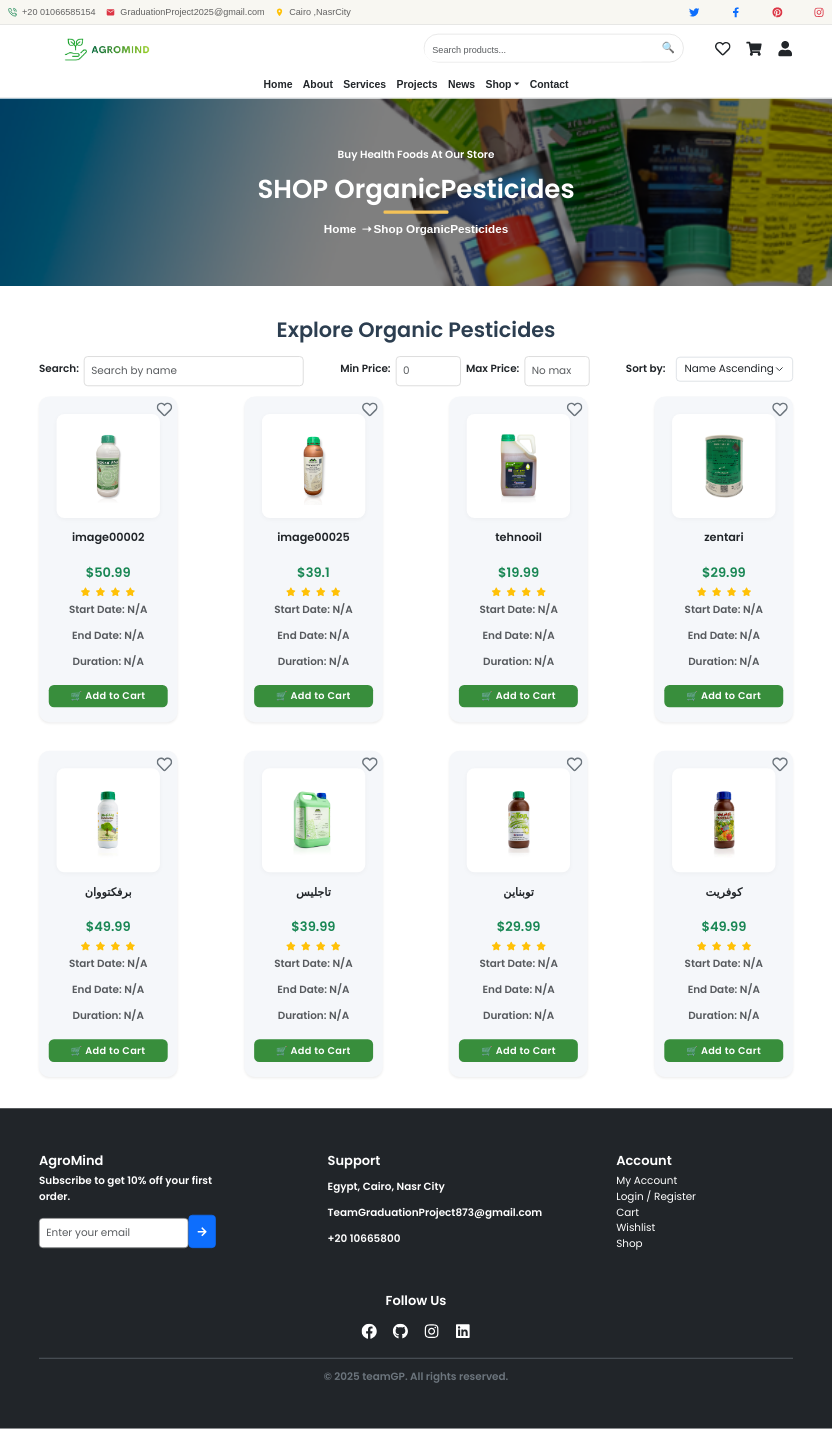
Repository: ShimaaMohamedRoshdi/WorkSpace-agromind
Page: /category/organic (app in agricultural-management-system-vs/agricultural-management-system-main/)
These files come from the project's save history. The page is drawn as it stood at one moment and after the next save; the edit follows.
The browser window is 1280 px wide. The pictures show the whole page, at 65% of full size.
Backgrounds fixed to the window are drawn as part of the page. The project was rebuilt for these pictures with package versions that can differ from the ones it lists, and the page was loaded fresh each time. Also part of the build but not shown: agricultural-management-system-vs/agricultural-management-system-main/vite.config.js, agricultural-management-system-vs/agricultural-management-system-main/services/api.jsx, agricultural-management-system-vs/agricultural-management-system-main/src/pages/SignUp.jsx, agricultural-management-system-vs/agricultural-management-system-main/src/pages/SignIn.jsx, agricultural-management-system-vs/agricultural-management-system-main/src/components/HealthyFoods.css, agricultural-management-system-vs/agricultural-management-system-main/src/components/HealthyFoods.jsx, agricultural-management-system-vs/agricultural-management-system-main/src/components/Products.jsx, agricultural-management-system-vs/agricultural-management-system-main/src/components/AgricultureSkill.jsx and 40 more.

Above is the page before, as saved 2025-05-09 23:42:21.

### agricultural-management-system-vs/agricultural-management-system-main/index.html
<!doctype html>
<html lang="en">
  <head>
    <meta charset="UTF-8" />
    <link rel="icon" type="image/svg+xml" href="/src/assets/images/logo-icon.png" />
        <!-- Google Font for Handwritten Style -->
        <link href="https://fonts.googleapis.com/css2?family=Poppins:wght@300;400;600&display=swap" rel="stylesheet">



    <meta name="viewport" content="width=device-width, initial-scale=1.0" />
    <title>Agromind</title>
  </head>
  <body>
    <div id="root"></div>
    <script type="module" src="/src/main.jsx"></script>
  </body>
</html>

### agricultural-management-system-vs/agricultural-management-system-main/src/main.jsx
import { StrictMode } from 'react';
import { createRoot } from 'react-dom/client';
import { Provider } from 'react-redux';  // Import Provider
import store from './redux/store';  // Import your Redux store
import '../node_modules/bootstrap/dist/css/bootstrap.min.css';
import '../node_modules/bootstrap/dist/js/bootstrap.bundle';
import './index.css';
import App from './App.jsx';

createRoot(document.getElementById('root')).render(
  <StrictMode>
    <Provider store={store}>  {/* Wrap App with Provider */}
      <App />
    </Provider>
  </StrictMode>
);

### agricultural-management-system-vs/agricultural-management-system-main/src/redux/store.jsx
import { configureStore } from '@reduxjs/toolkit';
//configureStore is a function from Redux Toolkit that:
//Creates the Redux store.
//Automatically sets up middleware (like Redux DevTools & thunk for async operations).
//Combines multiple reducers into one.

import cartReducer from './cartSlice';
import wishlistReducer from './WishlistSlice'; // Example
import productReducer from './productSlice';
const store = configureStore({
  reducer: {
    cart: cartReducer,
    product: productReducer,
    wishlist: wishlistReducer,
  },
});

export default store;


// (configue store) A utility provided by Redux Toolkit that simplifies the creation of a Redux store.
// It automatically combines reducers, adds middleware, and sets up development tools like the Redux DevTools.




//cartSlice: Manages the state related to the shopping cart.
//productSlice: Handles the product data and search functionality.
//wishlistReducer: Manages the state for the wishlist feature.

### agricultural-management-system-vs/agricultural-management-system-main/src/index.css
@import url('https://fonts.googleapis.com/css2?family=Caveat:wght@700&display=swap');

.hero-title {
    font-family: 'Caveat', cursive;
}

### agricultural-management-system-vs/agricultural-management-system-main/src/redux/productSlice.jsx

import { createSlice } from '@reduxjs/toolkit';
import { mockData, mockData2,mockData3, mockData4 , mockData5} from '../assets/images/mockData';

const initialState = {
  products: mockData,   // from mockData
  products2: mockData2, // from mockData2
  products3: mockData3, // from mockData3
  products4: mockData4, // from mockData4
  products5: mockData5, // from mockData5
};

const productSlice = createSlice({
  name: 'product',
  initialState,
  reducers: {},
});

export default productSlice.reducer;

### agricultural-management-system-vs/agricultural-management-system-main/src/pages/FarmEquipment.jsx
import React from "react";
import "./FarmEquipment.css";
import { MdAgriculture } from "react-icons/md";
import { GiGrain, GiFruitTree, GiFertilizerBag } from "react-icons/gi";
import { FaSeedling, FaTruck, FaTools, FaWarehouse, FaTree, FaTractor } from "react-icons/fa";

const equipmentList = [
  { name: "Tractors", count: 15094, icon: <FaTractor /> },
   { name: "Planting equipment", count: 3209, icon: <FaSeedling /> },
  { name: "Transportation machinery", count: 820, icon: <FaTruck /> },
  { name: "Potato equipment", count: 813, icon: <FaSeedling /> },
    { name: "Equipment", count: 2519, icon: <FaWarehouse /> },
  { name: "Tires and wheels", count: 3387, icon: <FaTruck /> },
];

const FarmEquipment = () => {
  return (
    <div className="farm-container">
      <h5 className="farm-equipment-title">Farm Equipment</h5>

      {/* Equipment Grid */}
      <div className="equipment-grid">
        {equipmentList.map((item, index) => (
          <div key={index} className="equipment-card">
            <div className="equipment-icon">{item.icon}</div>
            <p className="equipment-name">{item.name}</p>
            <p className="equipment-count">{item.count.toLocaleString()}</p>
          </div>
        ))}
      </div>
    </div>
  );
};

export default FarmEquipment;

### agricultural-management-system-vs/agricultural-management-system-main/src/pages/CropGrowing.jsx
import React from "react";
import { GiPlantRoots, GiMushroom } from "react-icons/gi";
import { GiChemicalTank } from "react-icons/gi"; // Import new icon
import "./CropGrowing.css";

const cropGrowingList = [
  { name: "Seeds", count: 905, icon: <GiPlantRoots /> },
  { name: "Mycelium", count: 16, icon: <GiMushroom /> },
  { name: "Agrochemistry", count: 50, icon: <GiChemicalTank /> }, // Added new item
];

const CropGrowing = () => {
  return (
    <div className="container">
      <h2>Crop Growing</h2>
      <div className="grid">
        {cropGrowingList.map((item, index) => (
          <div key={index} className="card">
            <div className="icon">{item.icon}</div>
            <p>{item.name}</p>
            <span>{item.count}</span>
          </div>
        ))}
      </div>
    </div>
  );
};

export default CropGrowing;

### agricultural-management-system-vs/agricultural-management-system-main/src/pages/AnimalHusbandry.jsx
import React from "react";
import { GiShoppingBag } from "react-icons/gi";
import { GiCow, GiMedicalPack, GiCheeseWedge } from "react-icons/gi";
import "./AnimalHusbandry.css";

const animalCategories = [
  { name: "Animals", count: 426, icon: <GiCow /> },
  { name: "Animal Feeds", count: 54, icon: <GiShoppingBag /> },
  { name: "Veterinary & Pet Supplies", count: 38, icon: <GiMedicalPack /> },
  { name: "Animal Products", count: 6, icon: <GiCheeseWedge /> },
];

const AnimalHusbandry = () => {
  return (
    <div className="animal-container">
      <h5 className="section-title">Animal Husbandry</h5>
      <div className="category-grid">
        {animalCategories.map((item, index) => (
          <div key={index} className="category-card">
            <div className="category-icon">{item.icon}</div>
            <p className="category-name">{item.name}</p>
            <p className="category-count">{item.count.toLocaleString()}</p>
          </div>
        ))}
      </div>
    </div>
  );
};

export default AnimalHusbandry;

### agricultural-management-system-vs/agricultural-management-system-main/src/components/ProductCard.jsx
import React, { useState } from "react";
import { FaStar, FaHeart, FaRegHeart } from "react-icons/fa";
import { addToCart } from "../redux/cartSlice";
import { addToWishlist, removeFromWishlist } from "../redux/WishlistSlice";
import { useDispatch, useSelector } from "react-redux";
import { Link } from "react-router-dom";
import { Snackbar, Alert } from "@mui/material";
import "../App.css";
import { motion } from "framer-motion";

//This is a functional component that takes a product object as a prop.
const ProductCard = ({ product }) => {
  const dispatch = useDispatch();
  const wishlist = useSelector((state) => state.wishlist.wishlist);

  const [alert, setAlert] = useState({
    open: false,
    message: "",
    severity: "success",
  });
  //Defines a state variable alert for handling Snackbar notifications.
  //open: Controls whether the alert is shown.
  //message: Stores the alert text.
  //severity: Defines the type of alert (success, warning, etc.).
  const handleAddToCart = (e) => {
    e.preventDefault();
    e.stopPropagation();
    dispatch(addToCart(product));
    setAlert({
      open: true,
      message: "Product added to cart successfully!",
      severity: "success",
    });
  };

  //Checks if the product already exists in the wishlist using .some().
  const isInWishlist = wishlist.some((item) => item.id === product.id);

  const handleWishlistToggle = (e) => {
    e.preventDefault();
    e.stopPropagation();
    if (isInWishlist) {
      dispatch(removeFromWishlist(product));
      setAlert({
        open: true,
        message: "Removed from wishlist.",
        severity: "warning",
      });
    } else {
      dispatch(addToWishlist(product));
      setAlert({
        open: true,
        message: "Added to wishlist.",
        severity: "success",
      });
    }
  };

  const handleCloseAlert = (event, reason) => {
    if (reason === "clickaway") return;
    setAlert({ ...alert, open: false });
  };

  return (
    <>
      <div
        className="card h-100 w-100 border-0 shadow-sm position-relative product-card-animated"
        style={{
          borderRadius: "16px",
          background: "#f5f7fa",
          transition: "box-shadow 0.2s, transform 0.2s",
        }}
      >
        {/* Discount Label */}
        {product.discount && (
          <div
            className="position-absolute top-0 start-0 badge bg-danger text-white p-2"
            style={{ borderRadius: "5px", fontSize: 13 }}
          >
            -{product.discount}%
          </div>
        )}

        {/* Wishlist Toggle */}
        <div
          className="position-absolute top-0 end-0 p-2"
          onClick={handleWishlistToggle}
          style={{ cursor: "pointer", zIndex: 2 }}
        >
          {isInWishlist ? (
            <FaHeart className="text-danger fs-4" />
          ) : (
            <FaRegHeart className="text-secondary fs-4" />
          )}
        </div>

        <Link to={`/product/${product.id}`} className="text-decoration-none">
          {/* Product Image */}
          <div
            className="d-flex justify-content-center align-items-center"
            style={{
              minHeight: 160,
              background: "#fff",
              borderRadius: 12,
              margin: 12,
              boxShadow: "0 2px 8px rgba(0,0,0,0.04)",
            }}
          >
            <img
              src={product.image}
              alt={product.name}
              className="img-fluid"
              style={{ maxHeight: 120, objectFit: "contain", borderRadius: 8 }}
            />
          </div>
          <div className="card-body text-center p-2">
            {/* Product Name */}
            <h5
              className="card-title text-dark fw-bold mb-2"
              style={{ fontSize: "1.08rem", minHeight: 40 }}
            >
              {product.name}
            </h5>

            {/* Product Pricing */}
            <div className="d-flex justify-content-center align-items-center mb-2">
              <span className="text-success fw-bold fs-5">
                ${product.price}
              </span>
              {product.originalPrice && (
                <span
                  className="text-muted text-decoration-line-through ms-2"
                  style={{ fontSize: 14 }}
                >
                  ${product.originalPrice}
                </span>
              )}
            </div>

            {/* Product Rating */}
            <div className="d-flex justify-content-center mb-2">
              {[...Array(product.rating || 4)].map((_, index) => (
                <FaStar
                  key={index}
                  className="text-warning mx-1"
                  style={{ fontSize: 15 }}
                />
              ))}
            </div>

            {/* New fields: Start Date, End Date, Duration */}
            <div className="text-muted" style={{ fontSize: 14 }}>
              <p>Start Date: {product.startDate || "N/A"}</p>
              <p>End Date: {product.endDate || "N/A"}</p>
              <p>Duration: {product.duration || "N/A"}</p>
            </div>
          </div>
        </Link>

        {/* Add to Cart Button */}
        <button
          className="btn w-100 fw-bold mt-auto mb-2"
          onClick={handleAddToCart}
          style={{
            borderRadius: "8px",
            fontSize: 15,
            letterSpacing: 0.5,
            background: "#388e3c",
            color: "#fff",
            border: "none",
          }}
        >
          <span role="img" aria-label="cart">
            🛒
          </span>{" "}
          Add to Cart
        </button>
      </div>

      {/* MUI Snackbar for Alerts */}
      <Snackbar
        open={alert.open}
        autoHideDuration={3000}
        onClose={handleCloseAlert}
        anchorOrigin={{ vertical: "bottom", horizontal: "center" }}
      >
        <Alert
          onClose={handleCloseAlert}
          severity={alert.severity}
          sx={{ width: "100%" }}
        >
          {alert.message}
        </Alert>
      </Snackbar>
    </>
  );
};

export default ProductCard;

### agricultural-management-system-vs/agricultural-management-system-main/src/pages/CheckOut.css


  /* Card Styling */
  .cardd {
    background: #ffffff;
    border-radius: 8px;
    box-shadow: 0 4px 8px rgba(0, 0, 0, 0.1);
    padding: 20px;
    transition: all 0.3s ease-in-out;
  }

  .cardd:hover {
    box-shadow: 0 6px 12px rgba(0, 0, 0, 0.15);
  }

  .card-header {
    background: #f4f4f4;
    padding: 12px 16px;
    border-radius: 8px 8px 0 0;
    cursor: pointer;
    font-weight: bold;
  }

  .card-body {
    padding: 5px;
  }

  /* Form Styling */
  .form-label {
    font-weight: 500;
    color: #444;
  }

  .form-control {
    border: 1px solid #ccc;
    padding: 10px;
    border-radius: 6px;
    transition: all 0.3s;
  }

  .form-control:focus {
    border-color: #165b33;
    box-shadow: 0 0 6px rgba(22, 91, 51, 0.3);
  }

  /* Payment Option Styling */
  .form-check-input:checked {
    background-color: #165b33;
    border-color: #165b33;
  }

  /* Order Summary Styling */
  .list-group-item {
    border: none;
    padding: 12px;
    background: #fafafa;
  }

  .list-group-item h6 {
    margin-bottom: 2px;
    font-size: 16px;
    color: #333;
  }

  .list-group-item small {
    color: #777;
  }

  /* Button Styling */
  .btn-success {
    background-color: #165b33;
    border: none;
    padding: 12px;
    font-size: 16px;
    font-weight: bold;
    border-radius: 6px;
    transition: 0.3s;
  }

  .btn-success:hover {
    background-color: #0e3e22;
    transform: scale(1.02);
  }

### agricultural-management-system-vs/agricultural-management-system-main/src/pages/CropGrowing.css
.container {
    padding: 20px;
  }

  h2 {
    color: #2c3e50;
    margin-bottom: 20px;
  }

  .grid {
    display: flex;
    gap: 20px;
    flex-wrap: wrap;
  }

  .card {
    background: #e8f5e9;
    padding: 15px;
    border-radius: 10px;
    text-align: center;
    width: 180px;
    box-shadow: 2px 2px 10px rgba(0, 0, 0, 0.1);
    transition: transform 0.2s ease-in-out;
  }

  .card:hover {
    transform: scale(1.05);
  }

  .icon {
    font-size: 50px;
    color: #388e3c;
  }

  p {
    font-weight: bold;
    font-size: 16px;
  }

  span {
    color: #616161;
    font-size: 14px;
  }

### agricultural-management-system-vs/agricultural-management-system-main/src/components/Bannerorganic.jsx
import React from "react";
import { Link } from "react-router-dom"; // Import Link for navigation
import "./Bannerorganic.css";

const Bannerorganic = () => {
  return (
    <section className="shop-banner2">
      {/* 🔥 Overlay */}
      <div className="overlayy"></div>

      {/* Content on top of overlay */}
      <div className="contentt">
        <p className="subheadingg">Buy Health Foods At Our Store</p>
        <h1 className="titlee ">SHOP OrganicPesticides</h1>
        <div className="underline"></div>
        <nav className="breadcrumb-container">
          <Link to="/" className="breadcrumb-link">Home</Link> ➝
          <Link className="breadcrumb-link">Shop OrganicPesticides</Link>
        </nav>
      </div>
    </section>
  );
};

export default Bannerorganic;

### agricultural-management-system-vs/agricultural-management-system-main/src/components/ShopBanner.css
/* 🌟 Shop Banner */
.shop-banner {
  position: relative;
  width: 100vw;
  min-height: 50vh;
  background: url("../assets/images/shop-detail.jpg") center/cover no-repeat
    fixed !important;
  display: flex;
  align-items: center;
  justify-content: center;
  text-align: center;
}

/* 🔥 Overlay Effect */
.overlay {
  position: absolute;
  top: 0;
  left: 0;
  width: 100%;
  height: 100%;
  background: rgba(0, 0, 0, 0.3); /* Black overlay with 50% opacity */
  z-index: 1; /* Keeps overlay above background */
}

/* 🌟 Content Styling */
.content {
  position: relative;
  z-index: 2; /* Ensures text appears above the overlay */
  color: white;
}

/* 🌟 Subheading */
.subheading {
  color: #f3c258; /* Golden color */
  font-size: 20px;
  font-weight: bold;
}

/* 🌟 Main Title */
.title {
  font-size: 50px;
  font-weight: bold;
  font-family: "Poppins", sans-serif;
  text-transform: uppercase;
}

/* 🌟 Yellow Underline */
.underline {
  width: 100px;
  height: 5px;
  background-color: #f3c258;
  margin: 10px auto;
}

/* 🌟 Breadcrumb Navigation */
.breadcrumb-container {
  font-size: 18px;
  font-weight: bold;
}
/* 🌟 Breadcrumb Navigation Links */
.breadcrumb-link {
  color: white;
  text-decoration: none;
  font-weight: bold;
  transition: color 0.3s;
}

.breadcrumb-link:hover {
  color: #18a728; /* Golden color on hover */
}

### agricultural-management-system-vs/agricultural-management-system-main/src/components/BannerHerbicides.css


/* 🌟 Shop Banner */
.shop-banner3 {
    position: relative;
    width: 100vw;
    min-height: 40vh;
    background: url("../assets/images/categ3.png") center/cover no-repeat fixed!important;
    display: flex;
    align-items: center;
    justify-content: center;
    text-align: center;
  }

  /* 🔥 Overlay Effect */
  .overlayy3 {
    position: absolute;
    top: 0;
    left: 0;
    width: 100%;
    height: 100%;
    background: rgba(0, 0, 0, 0.5); /* Black overlay with 50% opacity */
    z-index: 1; /* Keeps overlay above background */
  }

  /* 🌟 Content Styling */
  .contentt {
    position: relative;
    z-index: 2; /* Ensures text appears above the overlay */
    color: white;
  }

  /* 🌟 Subheading */
  .subheading {
    color: #f3c258; /* Golden color */
    font-size: 20px;
    font-weight: bold;
  }

  /* 🌟 Main Title */
  .title {
    font-size: 30px;
    font-weight: bold;
    font-family: "Poppins", sans-serif;
    text-transform: uppercase;
  }

  /* 🌟 Yellow Underline */
  .underline {
    width: 100px;
    height: 5px;
    background-color: #f3c258;
    margin: 10px auto;
  }

  /* 🌟 Breadcrumb Navigation */
  .breadcrumb-container {
    font-size: 18px;
    font-weight: bold;
  }
  /* 🌟 Breadcrumb Navigation Links */
  .breadcrumb-link {
    color: white;
    text-decoration: none;
    font-weight: bold;
    transition: color 0.3s;
  }

  .breadcrumb-link:hover {
    color: #18a728; /* Golden color on hover */
  }

### agricultural-management-system-vs/agricultural-management-system-main/src/components/Bannerorganic.css


/* 🌟 Shop Banner */
.shop-banner2 {
    position: relative;
    width: 100vw;
    min-height: 40vh;
    background: url("../assets/images/categ7.png") center/cover no-repeat fixed!important;
    display: flex;
    align-items: center;
    justify-content: center;
    text-align: center;
  }

  /* 🔥 Overlay Effect */
  .overlayy {
    position: absolute;
    top: 0;
    left: 0;
    width: 100%;
    height: 100%;
    background: rgba(0, 0, 0, 0.5); /* Black overlay with 50% opacity */
    z-index: 1; /* Keeps overlay above background */
  }

  /* 🌟 Content Styling */
  .contentt {
    position: relative;
    z-index: 2; /* Ensures text appears above the overlay */
    color: white;
  }

  /* 🌟 Subheading */
  .subheading {
    color: #f3c258; /* Golden color */
    font-size: 20px;
    font-weight: bold;
  }

  /* 🌟 Main Title */
  .title {
    font-size: 30px;
    font-weight: bold;
    font-family: "Poppins", sans-serif;
    text-transform: uppercase;
  }

  /* 🌟 Yellow Underline */
  .underline {
    width: 100px;
    height: 5px;
    background-color: #f3c258;
    margin: 10px auto;
  }

  /* 🌟 Breadcrumb Navigation */
  .breadcrumb-container {
    font-size: 18px;
    font-weight: bold;
  }
  /* 🌟 Breadcrumb Navigation Links */
  .breadcrumb-link {
    color: white;
    text-decoration: none;
    font-weight: bold;
    transition: color 0.3s;
  }

  .breadcrumb-link:hover {
    color: #18a728; /* Golden color on hover */
  }

Loaded but not shown: agricultural-management-system-vs/agricultural-management-system-main/src/assets/images/mockData.jsx (669 lines, source omitted); agricultural-management-system-vs/agricultural-management-system-main/src/components/Navbar.jsx (352 lines, source omitted); agricultural-management-system-vs/agricultural-management-system-main/src/components/Navbar.css (292 lines, source omitted); agricultural-management-system-vs/agricultural-management-system-main/src/components/Footer.jsx (161 lines, source omitted); agricultural-management-system-vs/agricultural-management-system-main/src/pages/OrganicPesticides.jsx (129 lines, source omitted); agricultural-management-system-vs/agricultural-management-system-main/src/App.jsx (103 lines, source omitted); agricultural-management-system-vs/agricultural-management-system-main/src/pages/Signup.css (226 lines, source omitted); agricultural-management-system-vs/agricultural-management-system-main/src/pages/ProductDetails.css (202 lines, source omitted); agricultural-management-system-vs/agricultural-management-system-main/src/App.css (181 lines, source omitted); agricultural-management-system-vs/agricultural-management-system-main/src/redux/cartSlice.jsx (61 lines, source omitted); agricultural-management-system-vs/agricultural-management-system-main/src/pages/Home.css (118 lines, source omitted); agricultural-management-system-vs/agricultural-management-system-main/src/components/OrganicSection.css (106 lines, source omitted); agricultural-management-system-vs/agricultural-management-system-main/src/redux/WishlistSlice.jsx (56 lines, source omitted); agricultural-management-system-vs/agricultural-management-system-main/src/components/BannerInsecticides.css (77 lines, source omitted)

After the next save:
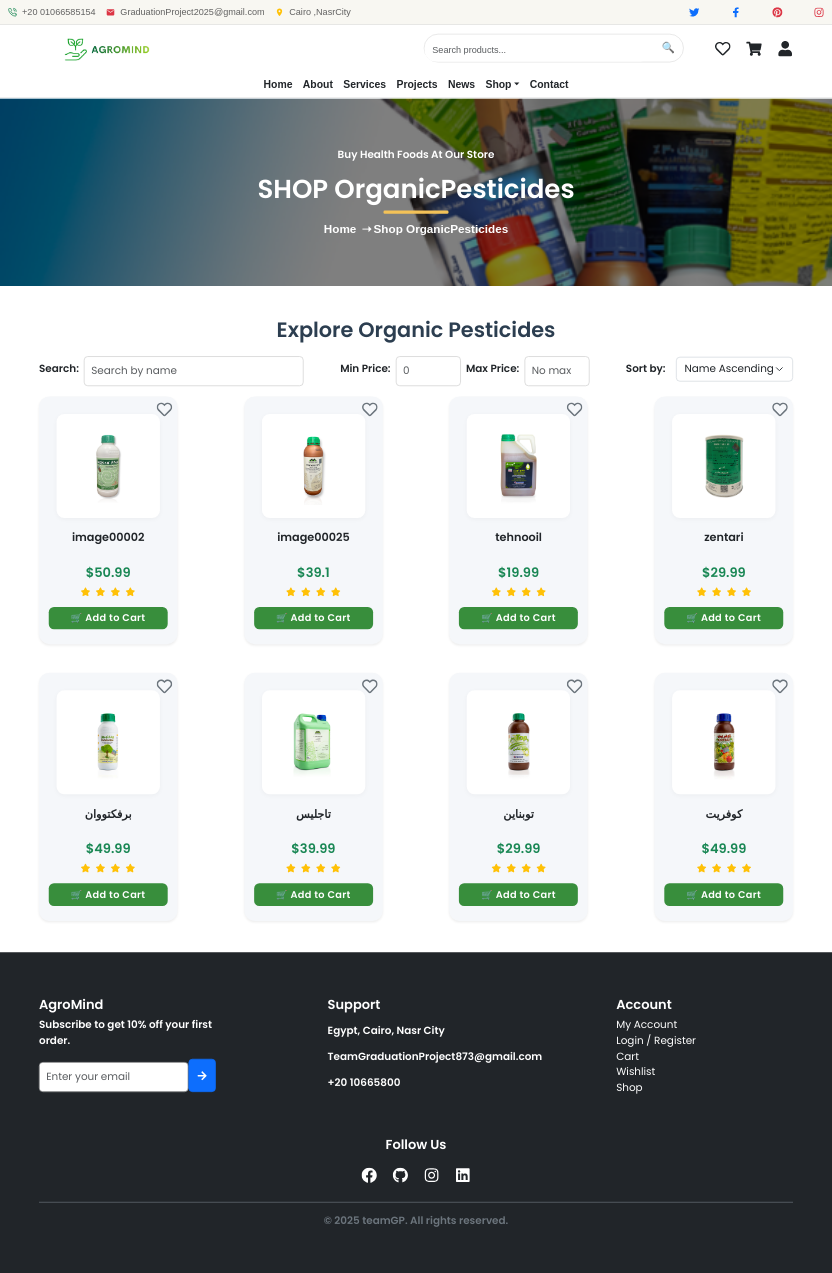
Saved 6 min 10 s later.
--- a/agricultural-management-system-vs/agricultural-management-system-main/src/components/ProductCard.jsx
+++ b/agricultural-management-system-vs/agricultural-management-system-main/src/components/ProductCard.jsx
@@ -147,13 +147,6 @@ const ProductCard = ({ product }) => {
                 />
               ))}
             </div>
-
-            {/* New fields: Start Date, End Date, Duration */}
-            <div className="text-muted" style={{ fontSize: 14 }}>
-              <p>Start Date: {product.startDate || "N/A"}</p>
-              <p>End Date: {product.endDate || "N/A"}</p>
-              <p>Duration: {product.duration || "N/A"}</p>
-            </div>
           </div>
         </Link>
 
